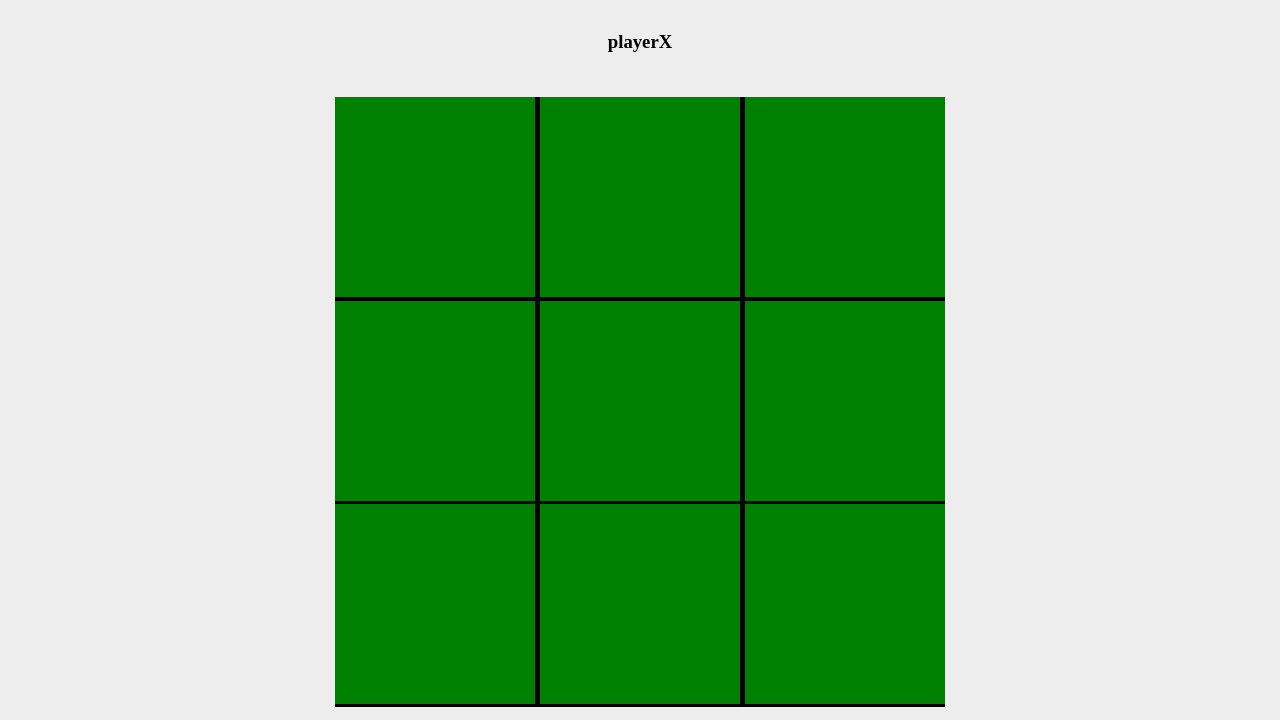
Repository: Hcmwebs/jsInbuiltMethod
Page: tic-tac-toe/index.html
These files come from the project's save history. The page is drawn as it stood at one moment and after the next save; the edit follows.
The browser window is 1280 px wide. The pictures show the whole page.

Above is the page before, as saved 2020-11-20 16:47:33.

### tic-tac-toe/index.html
<!DOCTYPE html>
<html lang="en">
  <head>
    <meta charset="UTF-8" />
    <meta name="viewport" content="width=device-width, initial-scale=1.0" />
    <title>Tic Tac Toe</title>
    <link rel="stylesheet" href="style.css" />
    <script src="app.js" defer charset="utf-8"></script>
  </head>

  <h3 id="player">playerX</h3>
  <body>
    <div class="grid">
      <div></div>
      <div></div>
      <div></div>
      <div></div>
      <div></div>
      <div></div>
      <div></div>
      <div></div>
      <div></div>
    </div>
  </body>
</html>

### tic-tac-toe/style.css

body{
  width: 100%;
  height: 100vh;
  margin: 0;
  padding: 0;
  box-sizing: border-box;
  display: grid;
  place-items: center;
  background-color: #ededed;
}


.grid{
  width: 610px;
  height: 610px;
  display: flex;
  justify-content: space-between;
  flex-wrap: wrap;
  background-color: #000;
}



.grid div{
  width: 200px;
  height: 200px;
  background-color: green;
}

.playerX{
background-image: url('img/X.png');
background-repeat: no-repeat;
background-size: cover;
background-position: center center;
}
.playerO {
  background: url('img/O.png');
  background-repeat: no-repeat;
  background-size: cover;
  background-position: center center;

}

### tic-tac-toe/app.js
document.addEventListener('DOMContentLoaded', () => {

  const squares = document.querySelectorAll('.grid div');
  const playerDisplay = document.querySelector('#player');
  let currentPlayer = 'playerX'

  squares.forEach(square =>{
    square.addEventListener('click', doThis)
  })

  function doThis(e){
    const squareArr = Array.from(squares);
    const index = squareArr.indexOf(e.target);
    playerDisplay.innerHTML = currentPlayer;

    if(currentPlayer === 'playerX'){
      squares[index].classList.add('playerX');
      currentPlayer = 'playerO'
    }
    else{
      squares[index].classList.add('playerO')
      currentPlayer = 'playerX'
    }
  }
})

After the next save:
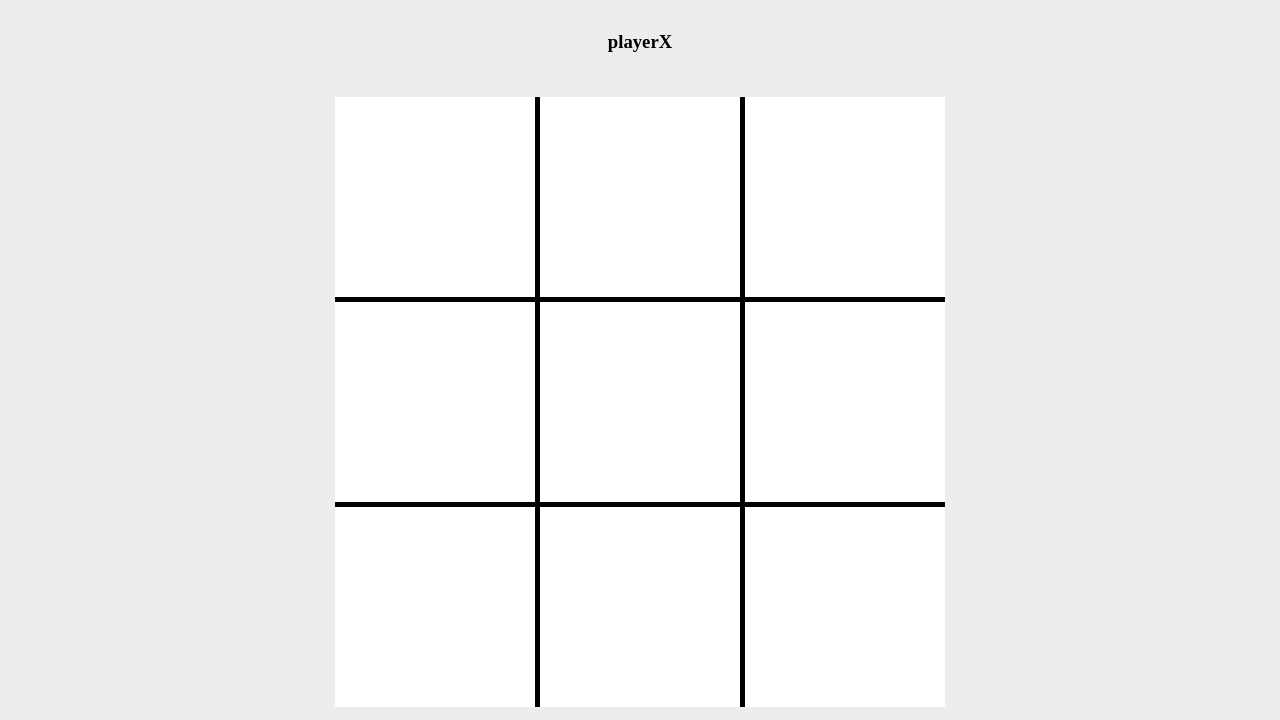
Saved 51 s later.
--- a/tic-tac-toe/style.css
+++ b/tic-tac-toe/style.css
@@ -18,6 +18,7 @@ body{
   justify-content: space-between;
   flex-wrap: wrap;
   background-color: #000;
+
 }
 
 
@@ -25,7 +26,8 @@ body{
 .grid div{
   width: 200px;
   height: 200px;
-  background-color: green;
+  margin-bottom: 5px;
+  background-color:#fff;
 }
 
 .playerX{
